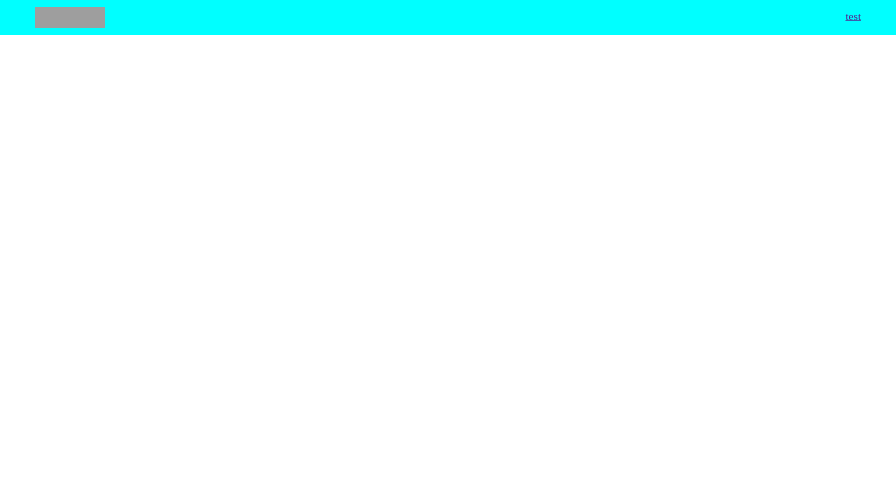
Repository: nn-nissy1010/rookie_hackathon_theme
Page: theme.html
The author's editor kept a copy of each file at every save. The page is drawn from the files as they stood at one save, then again after a run of saves.
The browser window is 1280 px wide. The pictures show the part of the page from y = 0 to 1920 px (the page is 720 px tall before and 4620 px after), at 70% of full size.
Pictures or frames that could not be fetched are drawn as grey boxes.

Above is the page before, as saved 2021-12-03 19:52:07.
Console error: ReferenceError: images is not defined

After the next 3 saves:
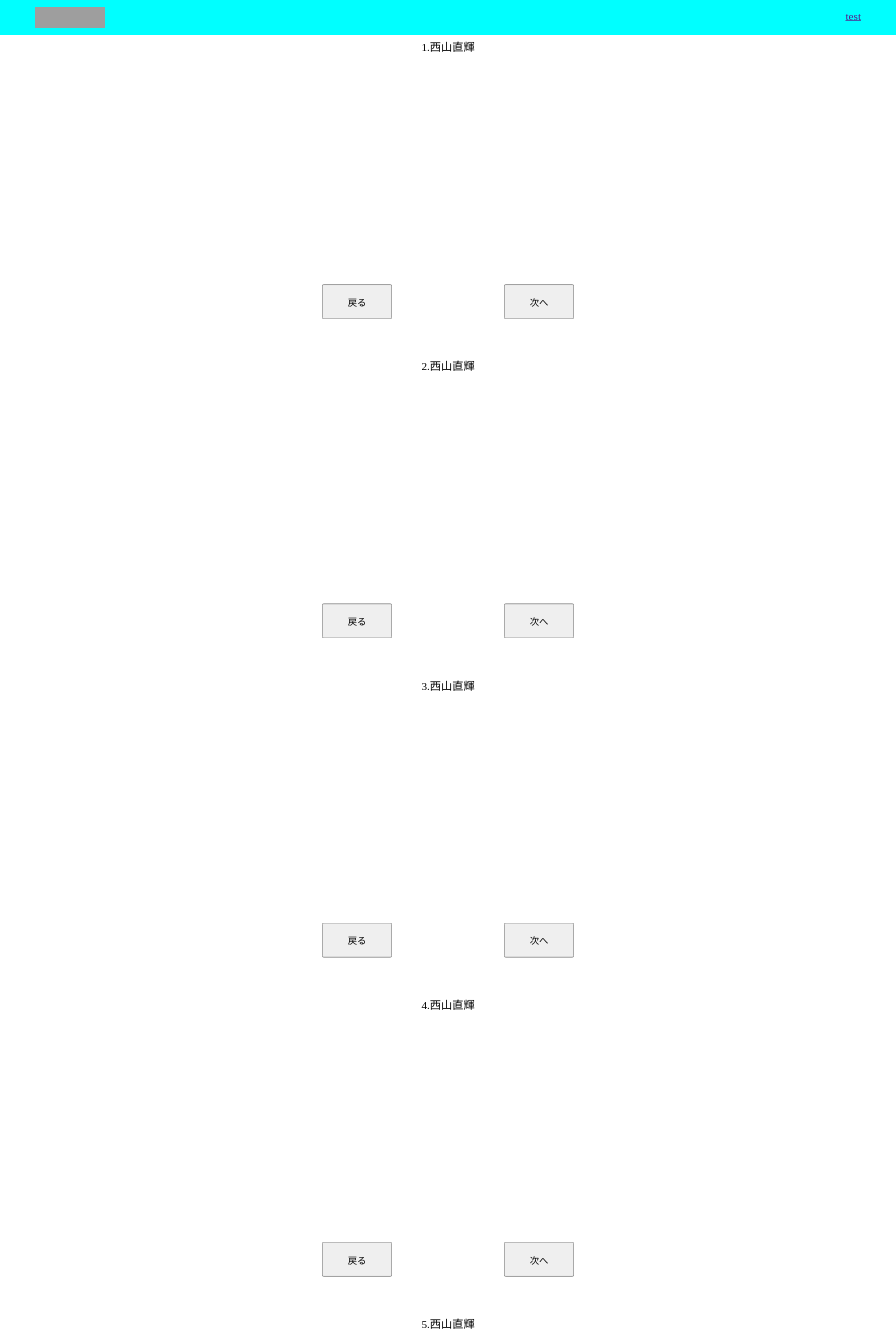
The error is gone.
The 3 saves are shown as one change because they came seconds apart.
The last was saved 11 s later.
--- a/theme.js
+++ b/theme.js
@@ -9,13 +9,13 @@
 //         `<img src="https://encrypted-tbn0.gstatic.com/images?q=tbn:ANd9GcSGmF08qiL0RBrTwYT6mOAyXeNAOilXtIZfkw&usqp=CAU" alt="" id="set_img_9" class="set_img">`,
 //         `<img src="https://encrypted-tbn0.gstatic.com/images?q=tbn:ANd9GcSGmF08qiL0RBrTwYT6mOAyXeNAOilXtIZfkw&usqp=CAU" alt="" id="set_img_10" class="set_img">`,]
 
-
+// ${images[count+1]}
 
 for(let count = 1; count<11 ;count++){
     content =`<section class="set">
         <h1 class="name">${count}.西山直輝</h1>
         <div class="contents">
-            ${images[count+1]}
+
             <div id="self_impression_${count}" class="self_impression">
                 <p>自己紹介文</p>
             </div>
